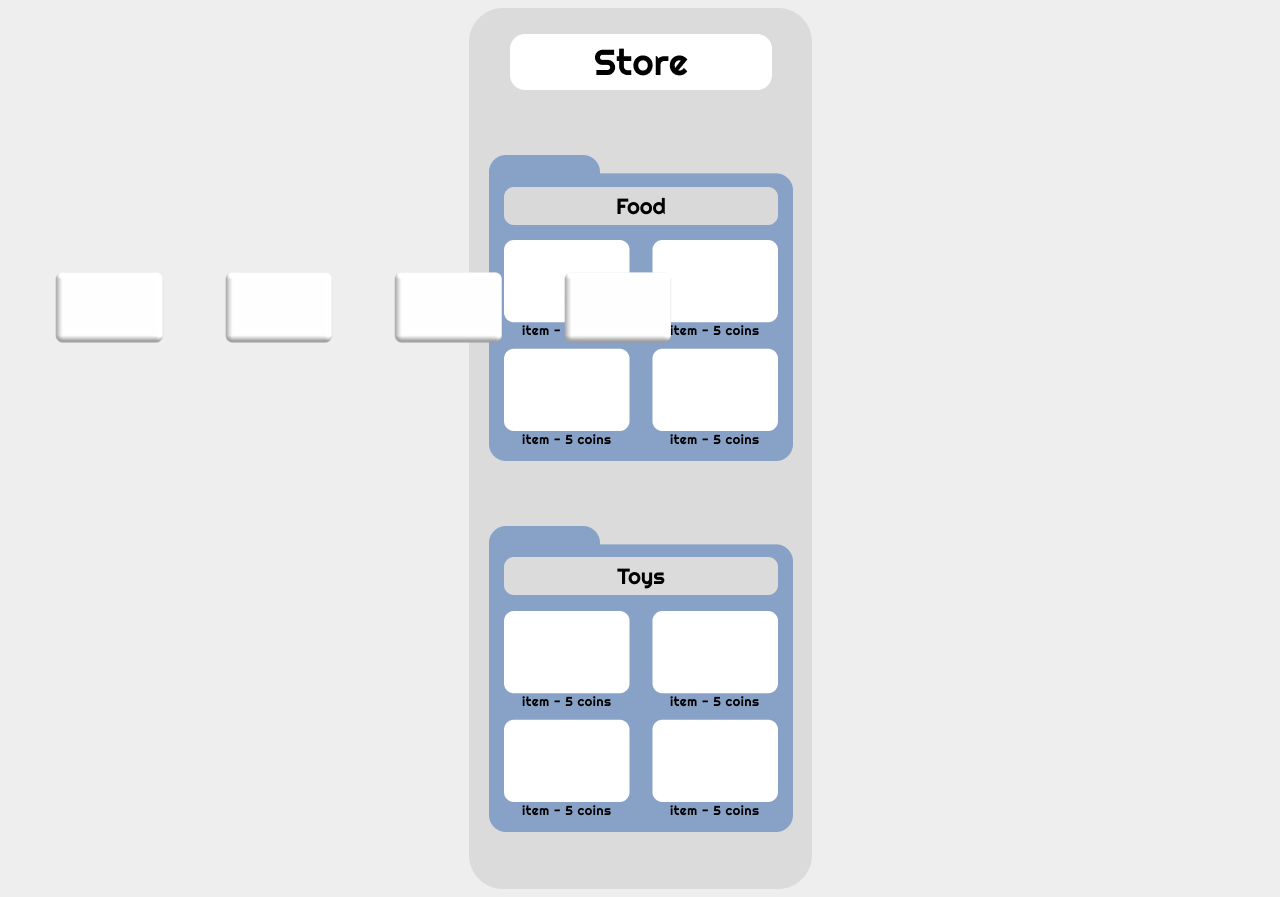
Repository: alemunden/Trash-Scavengers
Page: /ScrappyStore
An editor plug-in stored every save of this project. The page is shown before and after the next save, followed by the edit.
The browser window is 1280 px wide. The pictures show the whole page.
The project was rebuilt for these pictures with package versions that can differ from the ones it lists, and the page was loaded fresh each time. The framework's server and built-in components were replaced by stand-ins that run in the browser. Also part of the build but not shown: next.config.mjs.

Above is the page before, as saved 2024-04-28 14:43:20.

After the next save:
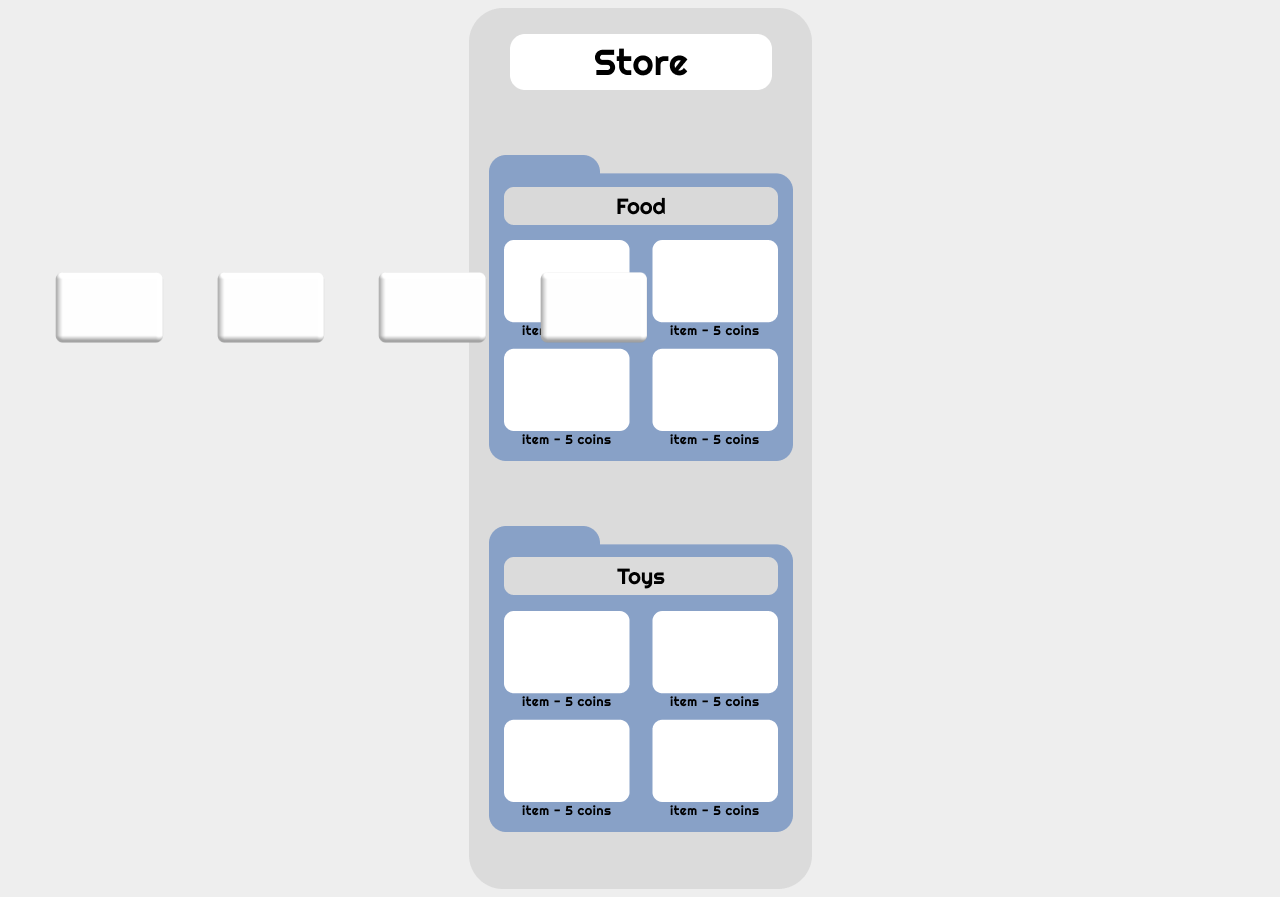
Saved 9 s later.
--- a/styles/ScrappyStore.module.css
+++ b/styles/ScrappyStore.module.css
@@ -10,5 +10,5 @@
     flex-wrap: wrap;
     top: 17rem;
     left: 2rem;
-    gap: 1rem;
+    gap: 0.5rem;
 }
